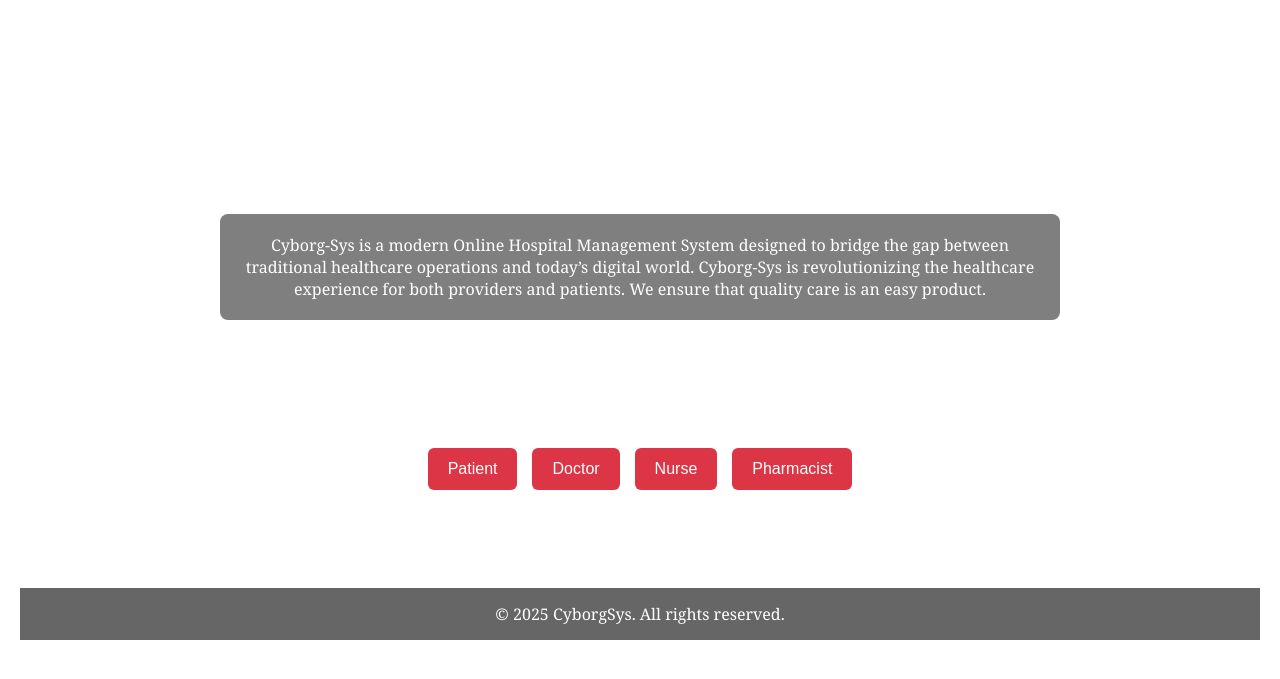
Repository: BinuriJ/HospitalSystem
Page: http://localhost/CyborgSys/home.jsp
An editor plug-in stored every save of this project. The page is shown before and after the next save, followed by the edit.
The browser window is 1280 px wide. The pictures show the whole page.
The page is served by Tomcat 9.

Above is the page before, as saved 2025-05-09 18:27:52.

### CyborgSys/WebContent/home.jsp
<%@ page language="java" contentType="text/html; charset=UTF-8"
    pageEncoding="UTF-8"%>
<%@ include file="homeCss.jsp" %>
<!DOCTYPE html>
<html>
<head>
    <meta charset="UTF-8">
    <title>Home - CyborgSys</title>
</head>
<body>

<div class="main-container">
    <header>
        <h1>CyborgSys</h1>
        <h3>making it easy to heal yourself.</h3>
        <p>
            Cyborg-Sys is a modern Online Hospital Management System designed to bridge the gap between traditional
            healthcare operations and today’s digital world. Cyborg-Sys is revolutionizing the healthcare experience
            for both providers and patients. We ensure that quality care is an easy product.
        </p>
    </header>

    <div class="button-container">
        <button class="role-btn">Patient</button>
        <button class="role-btn">Doctor</button>
        <button class="role-btn">Nurse</button>
        <button class="role-btn">Pharmacist</button>
    </div>

    <footer>
        &copy; 2025 CyborgSys. All rights reserved.
    </footer>
</div>

</body>
</html>

### CyborgSys/WebContent/homeCss.jsp
<style>
body, html {
    margin: 0;
    padding: 0;
    font-family: 'Cambria', sans-serif;
    height: 100%;
}

.main-container {
    background-image: image1-home.jpg; /* Replace with actual path */
    background-size: cover;
    background-position: center;
    min-height: 100vh;
    display: flex;
    flex-direction: column;
    justify-content: space-between;
    color: white;
    text-align: center;
    padding: 40px 20px 80px;
    box-sizing: border-box;
}

header h1 {
    font-size: 48px;
    margin-bottom: 10px;
}

header h3 {
    font-size: 24px;
    margin-bottom: 20px;
}

header p {
    font-size: 16px;
    max-width: 800px;
    margin: 0 auto;
    background-color: rgba(0, 0, 0, 0.5);
    padding: 20px;
    border-radius: 8px;
}

.button-container {
    display: flex;
    justify-content: center;
    gap: 15px;
    margin-top: 30px;
    flex-wrap: wrap;
}

.role-btn {
    background-color: #dc3545;
    color: white;
    border: none;
    padding: 12px 20px;
    font-size: 16px;
    border-radius: 6px;
    cursor: pointer;
    transition: background-color 0.3s;
}

.role-btn:hover {
    background-color: #b52a36;
}

footer {
    text-align: center;
    padding: 15px;
    background-color: rgba(0, 0, 0, 0.6);
    color: #fff;
    position: relative;
}
</style>

### CyborgSys/WebContent/footerCss.jsp
<style>

html, body {
    height: 100%; /* Make the html and body take full height of the viewport */
}

body {
    display: flex;
    flex-direction: column; /* Use flexbox to arrange content vertically */
    min-height: 100vh; /* Make body take the full height of the viewport */
}

.container {
    flex: 1; /* Let the main content expand to fill the available space */
}

footer {
    background-color: darkblue; /* Dark background for the footer */
    color: white; /* White text */
    padding: 10px 0; /* Padding for the footer */
    text-align: center; /* Center the footer text */
}

</style>

After the next save:
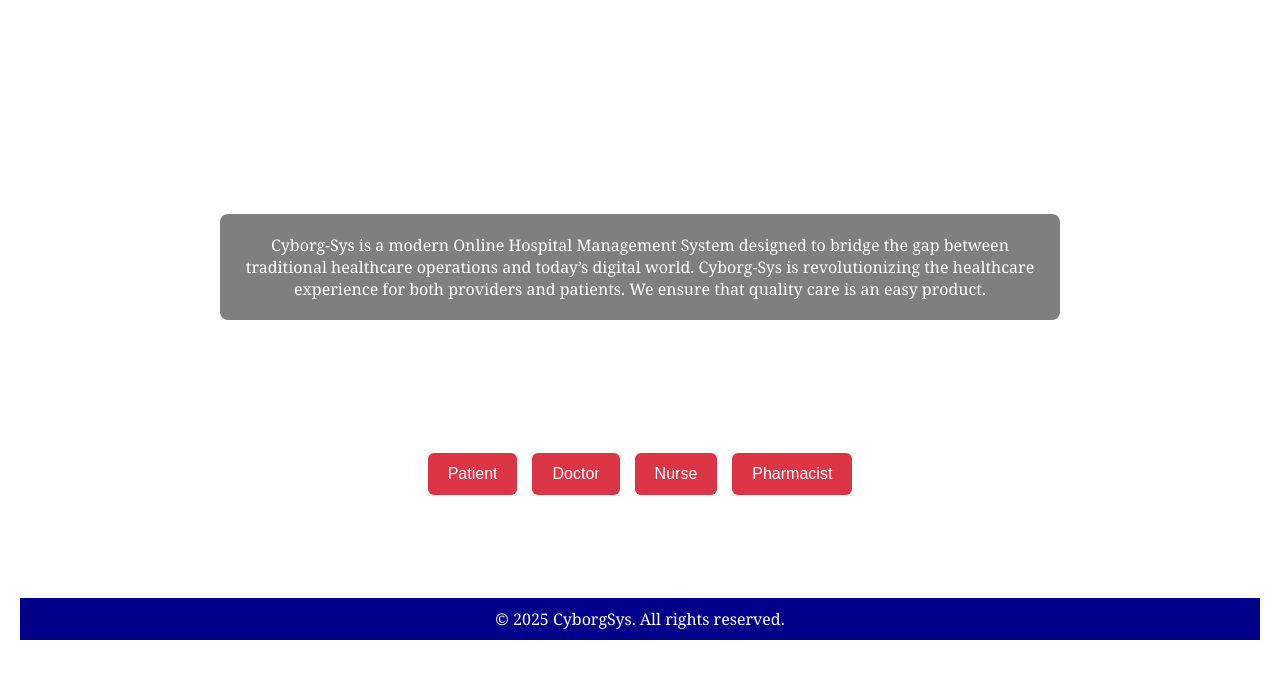
Saved 31 s later.
--- a/CyborgSys/WebContent/home.jsp
+++ b/CyborgSys/WebContent/home.jsp
@@ -6,6 +6,9 @@
 <head>
     <meta charset="UTF-8">
     <title>Home - CyborgSys</title>
+    <style>
+    	<jsp:include page="footerCss.jsp" />
+    </style>
 </head>
 <body>
 
